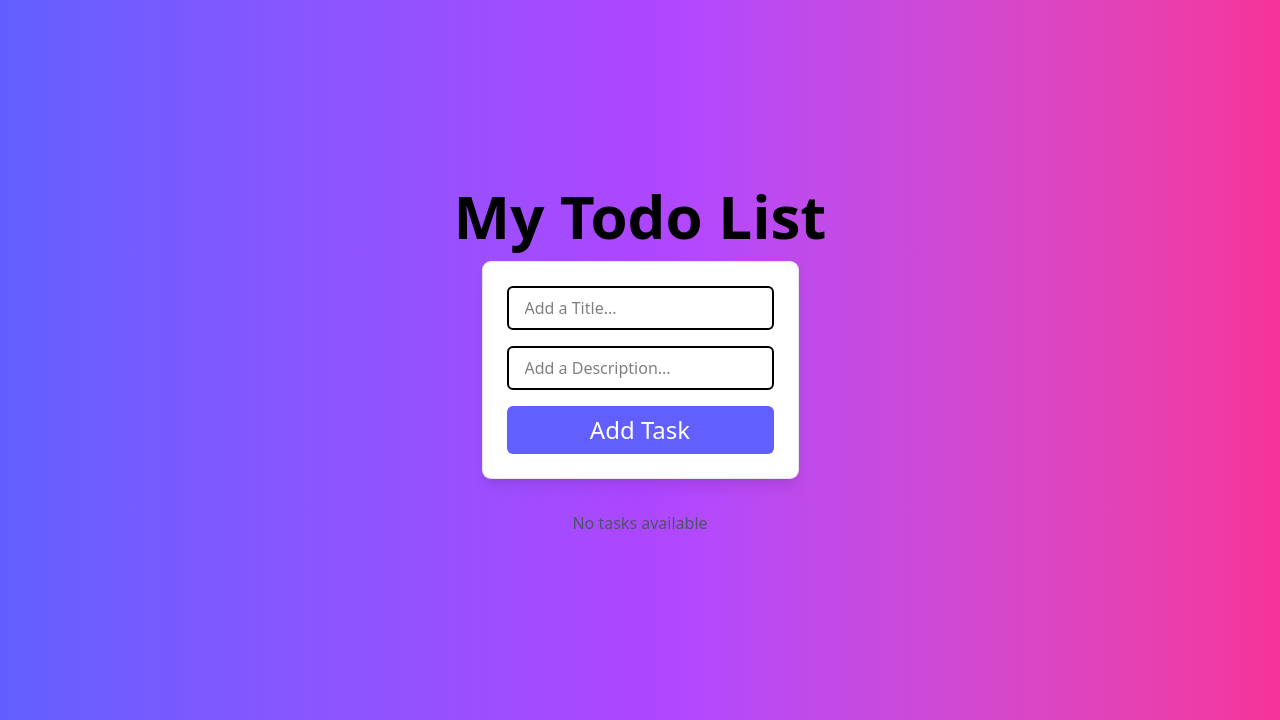
Repository: vgor15/todo-list
Page: /
The author's editor kept a copy of each file at every save. The page is drawn from the files as they stood at one save, then again after the next save.
The browser window is 1280 px wide. The pictures show the whole page.
The project was rebuilt for these pictures with package versions that can differ from the ones it lists, and the page was loaded fresh each time. The framework's server and built-in components were replaced by stand-ins that run in the browser. Also part of the build but not shown: next.config.js, next.config.mjs.

Above is the page before, as saved 2025-03-05 11:01:42.

After the next save:
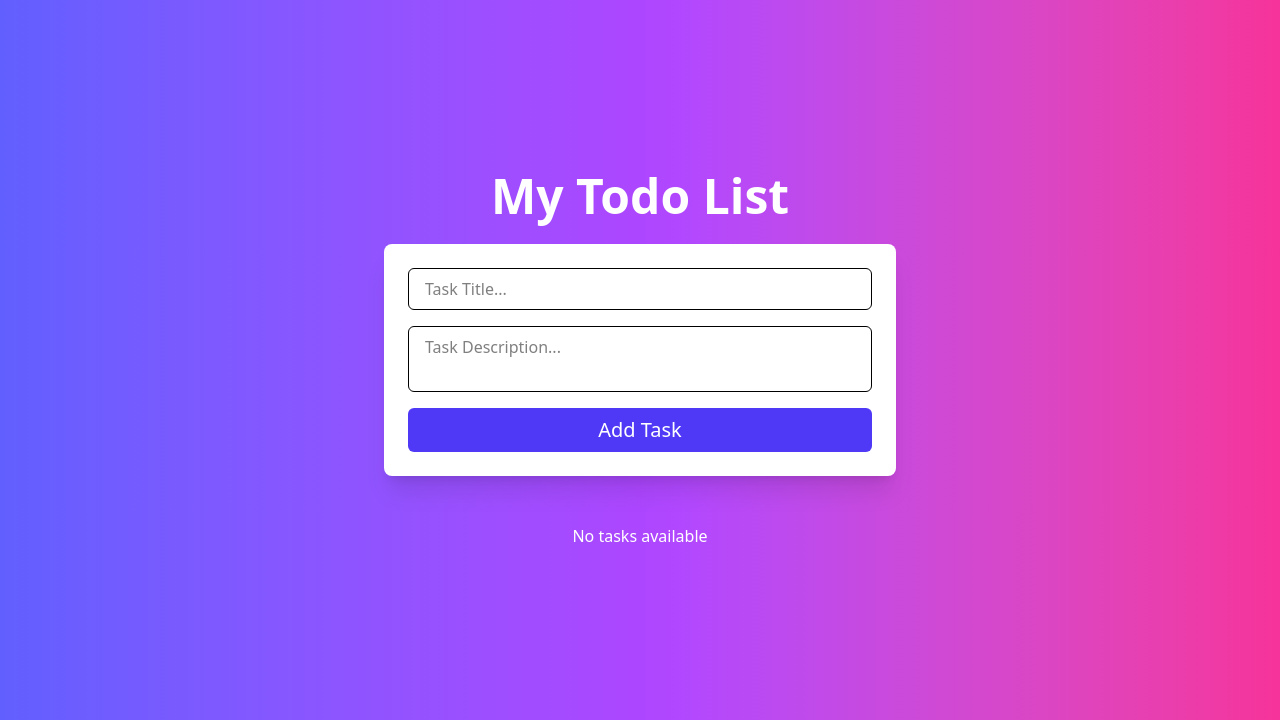
Saved 2 min 17 s later.
--- a/app/page.js
+++ b/app/page.js
@@ -1,65 +1,66 @@
 "use client";
 import React, { useState } from "react";
 
-const page = () => {
+const Page = () => {
   const [title, setTitle] = useState("");
   const [description, setDescription] = useState("");
   const [mainTasks, setMainTasks] = useState([]);
 
   const submitHandler = (e) => {
     e.preventDefault();
+    if (!title.trim() || !description.trim()) return;
     setMainTasks([...mainTasks, { title, description }]);
     setTitle("");
     setDescription("");
   };
 
   return (
-    <div className="h-screen flex flex-col items-center justify-center bg-gradient-to-r from-indigo-500 via-purple-500 to-pink-500">
-      <h1 className="text-6xl font-bold text-center mb-4">My Todo List</h1>
+    <div className="min-h-screen flex flex-col items-center justify-center bg-gradient-to-r from-indigo-500 via-purple-500 to-pink-500 p-6">
+      <h1 className="text-5xl font-bold text-white mb-6">My Todo List</h1>
       <form
-        className="flex flex-col gap-4 bg-white p-6 rounded-lg shadow-lg ring-1 ring-gray-200"
+        className="flex flex-col gap-4 bg-white p-6 rounded-lg shadow-xl w-full max-w-lg"
         onSubmit={submitHandler}
       >
         <input
-          className="border-2 px-4 py-2 rounded-md outline-none focus:ring-2 focus:ring-indigo-500 bg-white"
+          className="border px-4 py-2 rounded-md outline-none focus:ring-2 focus:ring-indigo-500 bg-white"
           type="text"
-          placeholder="Add a Title..."
+          placeholder="Task Title..."
           autoComplete="off"
           value={title}
           onChange={(e) => setTitle(e.target.value)}
         />
-        <input
-          className="border-2 px-4 py-2 rounded-md outline-none focus:ring-2 focus:ring-indigo-500 bg-white"
-          type="text"
-          placeholder="Add a Description..."
+        <textarea
+          className="border px-4 py-2 rounded-md outline-none focus:ring-2 focus:ring-indigo-500 bg-white resize-none"
+          placeholder="Task Description..."
           autoComplete="off"
           value={description}
           onChange={(e) => setDescription(e.target.value)}
         />
-        <button className="bg-indigo-500 px-4 py-2 rounded-md text-2xl text-white cursor-pointer hover:bg-indigo-600">
+        <button className="bg-indigo-600 px-4 py-2 rounded-md text-xl text-white cursor-pointer hover:bg-indigo-700 transition-all">
           Add Task
         </button>
       </form>
-      <hr className="my-4 border-gray-200" />
-      <div className="flex flex-col gap-4">
-        {mainTasks.length > 0
-          ? mainTasks.map((task, index) => (
+      <div className="mt-8 w-full max-w-lg">
+        {mainTasks.length > 0 ? (
+          <div className="grid gap-4">
+            {mainTasks.map((task, index) => (
               <div
                 key={index}
-                className="flex justify-between items-center px-4 py-2 border-t-2 border-gray-200"
+                className="bg-white p-4 rounded-lg shadow-md border border-gray-200 flex flex-col"
               >
-                <h3 className="font-bold">{task.title}</h3>
-                <p className="text-sm text-gray-600">{task.description}</p>
+                <h3 className="font-semibold text-lg text-gray-900">
+                  {task.title}
+                </h3>
+                <p className="text-gray-600 mt-1">{task.description}</p>
               </div>
-            ))
-          : (
-              <p className="text-center text-gray-600">
-                No tasks available
-              </p>
-            )}
+            ))}
+          </div>
+        ) : (
+          <p className="text-center text-white mt-4">No tasks available</p>
+        )}
       </div>
     </div>
   );
 };
 
-export default page;
+export default Page;
